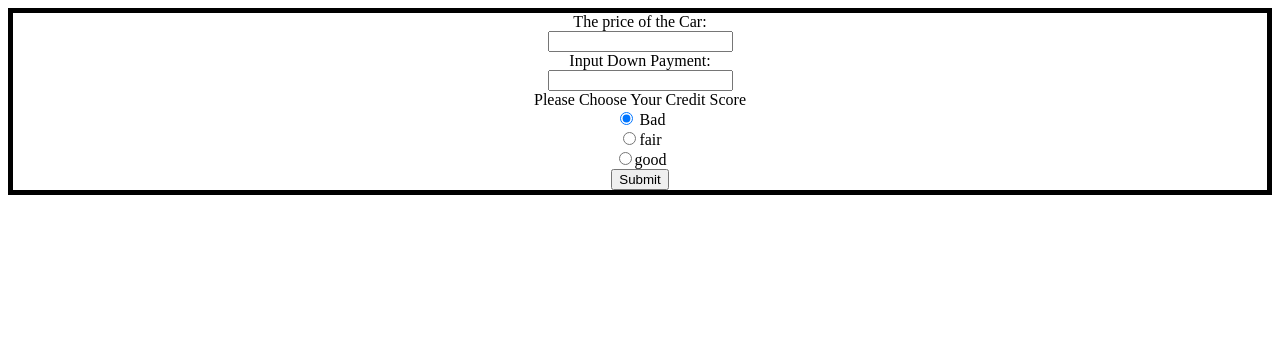
Repository: Lpanglb/COSW30
Page: http://localhost/Homework/HW5/Form.php
The author's editor kept a record of every edit. The page is drawn from the files as they stood at one moment, then again after the next edit.
The browser window is 1280 px wide. The pictures show the whole page.
The page is run by PHP 8.4 with error messages shown; the project is at /var/www/html/.

Above is the page before.

After the next edit:
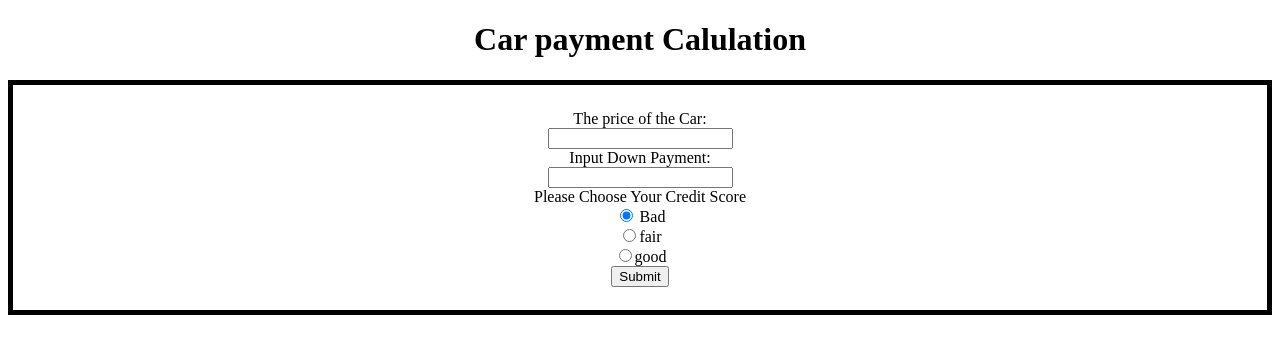
The edit:
--- a/Homework/HW5/Form.php
+++ b/Homework/HW5/Form.php
@@ -1,23 +1,4 @@
-<!DOCTYPE HTML>
-
-<html>
-    <head>
-        <title>Simple Forms</title>
-       <style>
-           .form_part {
-               text-align: center;
-                border-style: solid;
-                border-width: 5px;
-
-
-           }
-
-
-       </style>
-
-
-
-    </head>
+<?php include('include/header.php'); ?>
 
     <body>
         <section>
